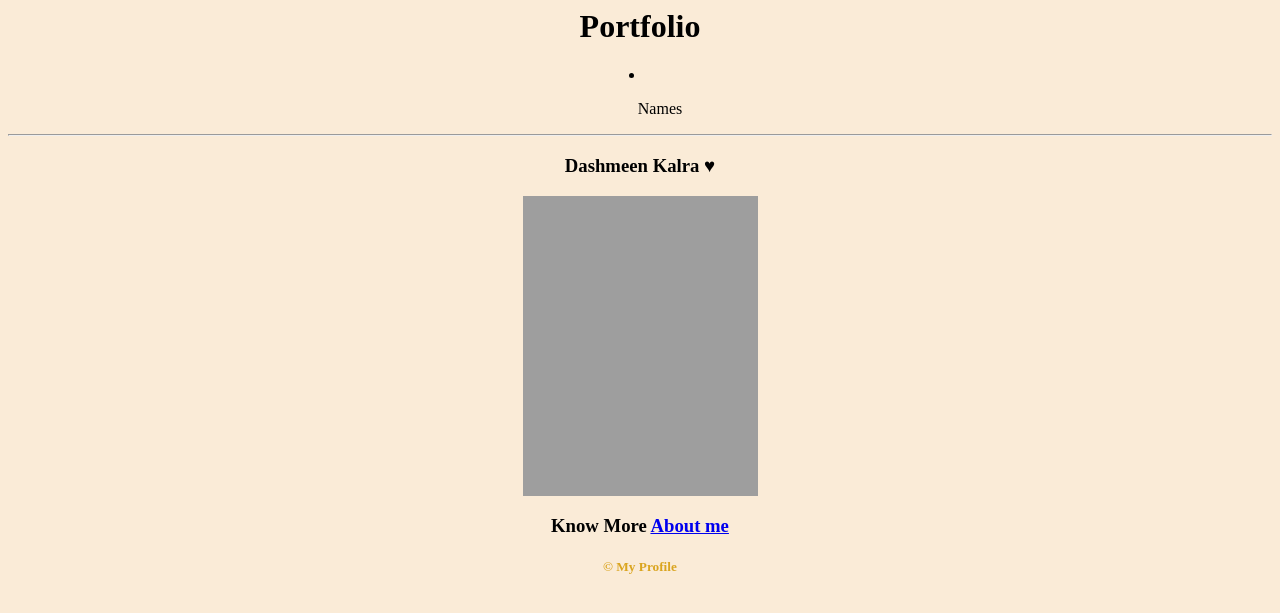
Repository: dashmeenkalra/dashmeen_kalra
Page: html/index.html
These files come from the project's save history. The page is drawn as it stood at one moment and after a run of saves; the edit follows.
The browser window is 1280 px wide. The pictures show the whole page.
Pictures or frames that could not be fetched are drawn as grey boxes.

Above is the page before, as saved 2023-03-05 12:11:59.

### html/index.html
<html>
    <head>
         <link href="https://th.bing.com/th/id/R.fd5a137d4cc43657449836c511c422e1?rik=xs4NJnZD7SrL9w&riu=http%3a%2f%2fcdn.onlinewebfonts.com%2fsvg%2fimg_24787.png&ehk=XT7ycIEO1QBstZHkYYA%2fmHm7bSjaBM1nSo61Bl%2bnJSs%3d&risl=&pid=ImgRaw&r=0" rel="icon" />
        <title>
        My profile
        </title>
    </head>
    <body style="background-color: antiquewhite;">
        <header>
        <center>
        <h1>
             Portfolio
        </h1>
        <li>
            <ul style="text-decoration: dotted;">
                Names
            </ul>
        </li>
        <hr/>
        <h3>
            Dashmeen Kalra &heartsuit;
        </h3>
            <img src ="images/IMG" alt="me" title="profile" width="235" height="300"/>
        </center>
        </header>
        <div>
            <center>
            <h3>
                Know More
           <a href="first.html"
           target=_blank > About me
            </a>
            </h3>
            </center>
        </div>
        <footer>
            <center>
            <h5 style ="color:goldenrod"> &copy; My Profile</h5>
            </center>
        </footer>
    </body>
</html>

After the next 3 saves:
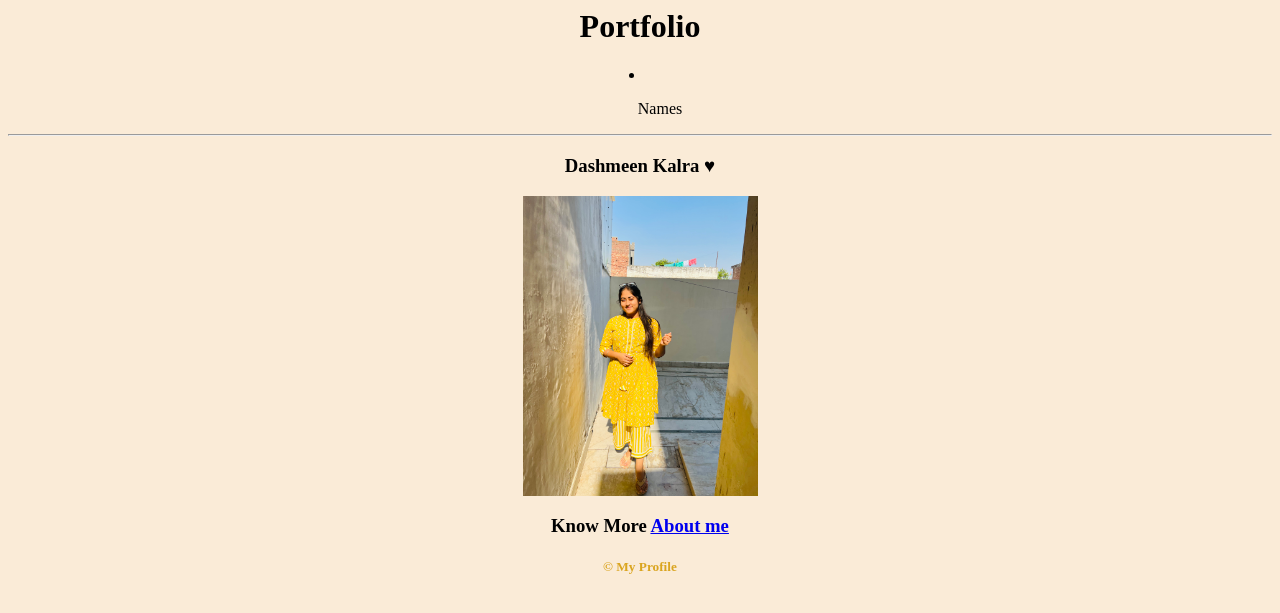
The 3 saves are shown as one change because they came seconds apart.
The last was saved 31 s later.
--- a/html/index.html
+++ b/html/index.html
@@ -20,7 +20,7 @@
         <h3>
             Dashmeen Kalra &heartsuit;
         </h3>
-            <img src ="images/IMG" alt="me" title="profile" width="235" height="300"/>
+            <img src ="imagehere/IMG_8248 (1).jpg" alt="me" title="profile" width="235" height="300"/>
         </center>
         </header>
         <div>
